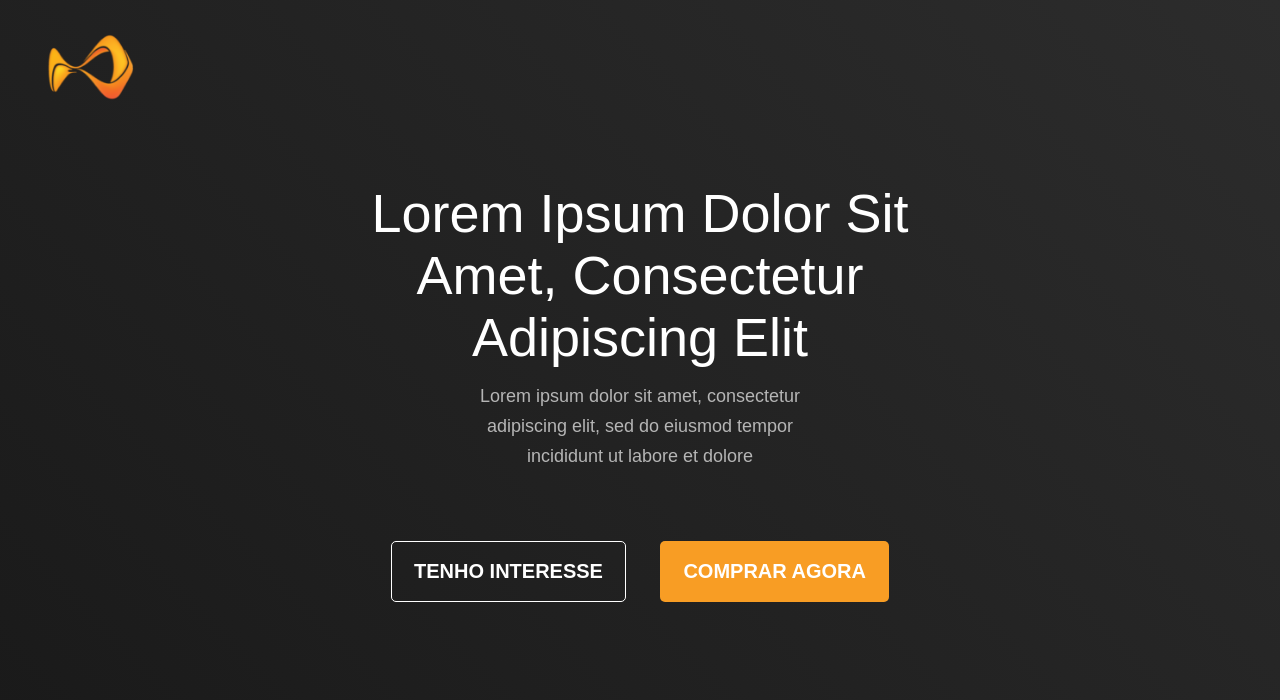
Repository: Rafael-Araujo-dev/Treinamento-Raccoon
Page: Projeto-2/index.html
An editor plug-in stored every save of this project. The page is shown before and after the next save, followed by the edit.
The browser window is 1280 px wide. The pictures show the whole page.
Some web fonts or font styles are not loaded; a fallback is used.

Above is the page before, as saved 2021-09-23 07:35:42.

### Projeto-2/index.html
<!DOCTYPE html>
<html>
    <head>
        <title></title>
        <meta charset="utf-8"/>
        <meta name="viewport" content="width=device-width,initial-scale=1.0,maximum-scale=1.0">
        <link rel="preconnect" href="https://fonts.googleapis.com">
        <link rel="preconnect" href="https://fonts.gstatic.com" crossorigin>
        <link href="https://fonts.googleapis.com/css2?family=Yantramanav:wght@300;400;700&display=swap" rel="stylesheet">
        <link rel="stylesheet" href="css/style.css"/>
    </head>
    <body>
        <section class="hero-section">
            <div class="hero-header">
                <img class="logo" src="images/LOGOSYNAPSE_simbolo_laranja.png"/>
            </div>
            <div class="hero-container">
                <div class="hero-title">
                    Lorem ipsum dolor sit amet, consectetur adipiscing elit
                </div>
                <div class="hero-text">
                    Lorem ipsum dolor sit amet, consectetur adipiscing elit, sed do eiusmod tempor incididunt ut labore et dolore
                </div>
            </div>
            <div class="hero-btn-group">
                <button class="btn secondary">
                    Tenho interesse
                </button>
                <button class="btn primary">
                    Comprar agora
                </button>
            </div>
        </section>

        <section class="course-summary">

        </section>

    </body>
</html>

### Projeto-2/css/style.css
* {
    margin: 0;
    padding: 0;
    box-sizing: border-box;
    font-family: 'Yantramanav', sans-serif;
}

.btn {
    font-size: 20px;
    text-transform: uppercase;
    padding: 18px 22px;
    margin: 0px 15px 24px 15px;
    font-weight: bold;
}

@media (max-width: 890px) {
    .btn {
        font-size: 20px;
    }
}

@media (max-width: 645px) {
    .btn {
        font-size: 17px;
    }
}

@media (max-width: 500px) {
    .btn {
        font-size: 16px;
    }
}

.btn.primary {
    background-color: #F89D24;
    border: 1px solid transparent;
    border-radius: 5px;
    color: #FFF;
}

.btn.secondary {
    background-color: transparent;
    border: 1px solid #FFF;
    border-radius: 5px;
    color: #FFF;
}

.hero-section {
    background: rgb(26,26,26);
    background: linear-gradient(45deg, rgba(26,26,26,1) 0%, rgba(44,44,44,1) 100%);
    min-height: 100vh;
    display: flex;
    flex-direction: column;
    justify-content: space-around;
}

.hero-header .logo {
    margin-left: 3.15%;
    margin-top: 2%;
    width: 12.1%;
    max-width: 100px;
}

.hero-container {
    position: relative;
    margin: auto;
    width: 50%;
    display: flex;
    flex-direction: column;
    flex-wrap: wrap;
}

@media (max-width: 1240px) {
    .hero-container {
        width: 60%;
    }
}

@media (max-width: 1028px) {
    .hero-container {
        width: 70%;
    }
}

@media (max-width: 890px) {
    .hero-container {
        width: 80%;
    }
}

.hero-title, .hero-text {
    color: #FFFFFF;
    text-align: center;
}

.hero-title {
    font-size: 54px;
    /* margin-top: 15.5vh; */
    text-transform: capitalize;
}

@media (max-width: 890px) {
    .hero-title {
        /* margin-top: 14%; */
        font-size: 45px;
    }
}

@media (max-width: 645px) {
    .hero-title {
        /* margin-top: 8%; */
        font-size: 40.5px;
    }
}

@media (max-width: 500px) {
    .hero-title {
        /* margin-top: 0%; */
    }
}

.hero-text {
    color: #B5B5B5;
    font-size: 18px;
    width: 60%;
    margin-top: 1.8vh;
    line-height: 30px;
    align-self: center;
}

@media (max-width: 1024px) {
    .hero-text {
        width: 80%;
    }
}

@media (max-width: 890px) {
    .hero-text {

        font-size: 15px;
        width: 50%;
    }
}

@media (max-width: 645px) {
    .hero-text {

        font-size: 13.5px;
        width: 80%;
    }
}

@media (max-width: 500px) {
    .hero-text {
        /* margin-top: 5%; */
        width: 100%;
    }
}

.hero-btn-group {
    margin-bottom: 13vh;
    text-align: center;

}

After the next save:
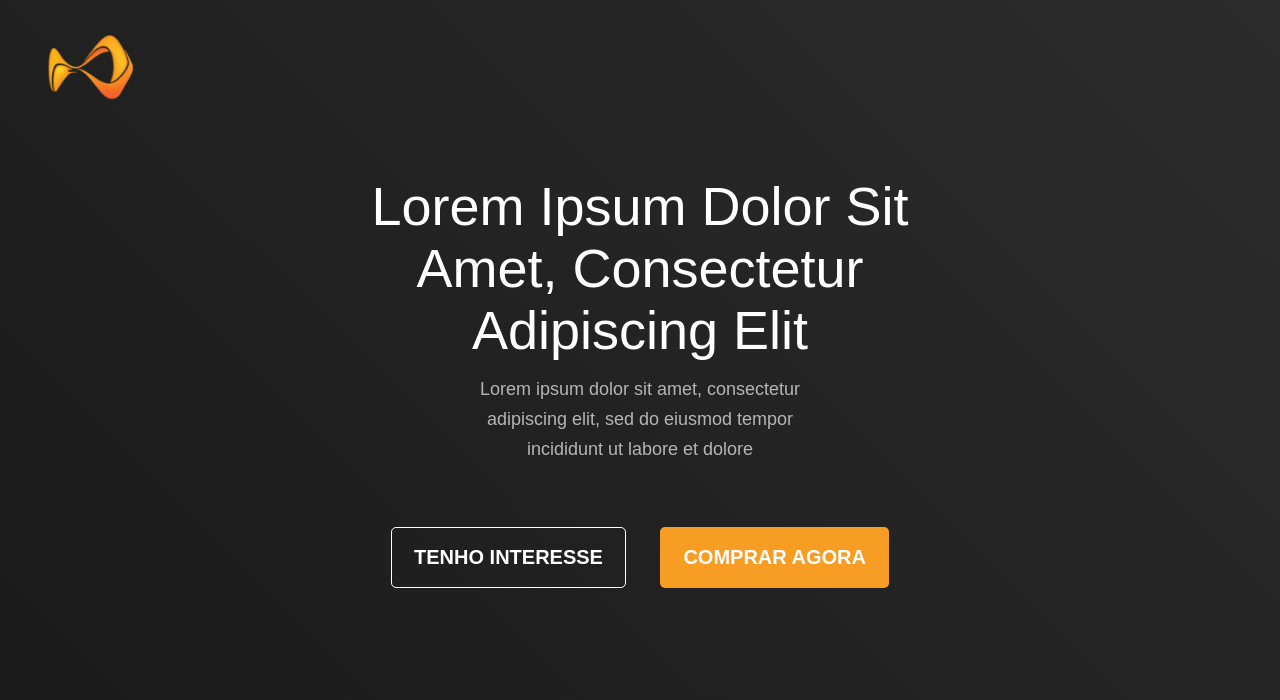
Saved 5 s later.
--- a/Projeto-2/css/style.css
+++ b/Projeto-2/css/style.css
@@ -158,7 +158,7 @@
 }
 
 .hero-btn-group {
-    margin-bottom: 13vh;
+    margin-bottom: 15vh;
     text-align: center;
 
 }
